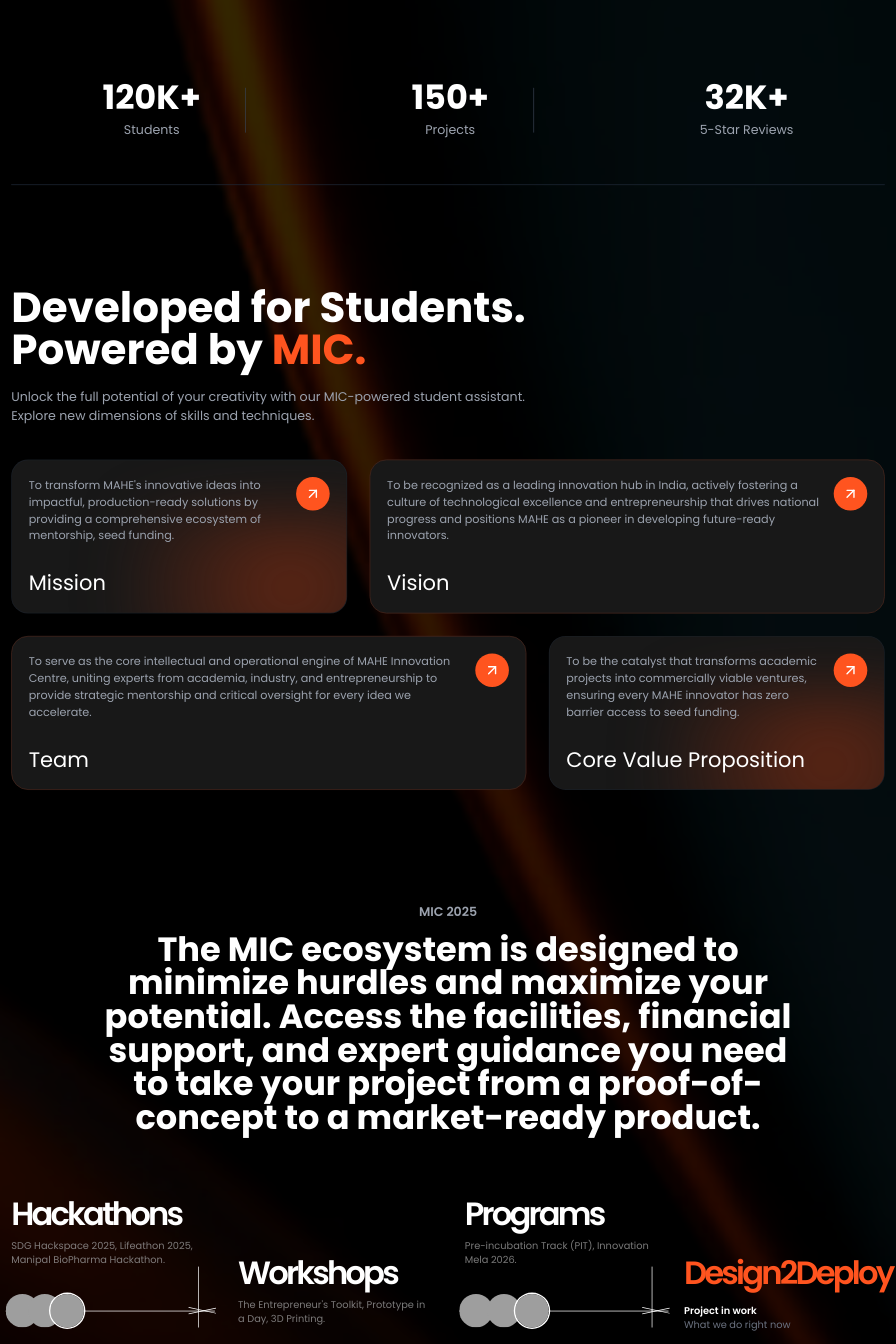
Repository: Sourish-19/Axiom
Page: /
The author's editor kept a copy of each file at every save. The page is drawn from the files as they stood at one save, then again after a run of saves.
The browser window is 1280 px wide. The pictures show the part of the page from y = 628 to 2548 px (the page is 5731 px tall), at 70% of full size.
Pictures or frames that could not be fetched are drawn as grey boxes. Some web libraries are served in a nearby version. The project was rebuilt for these pictures with package versions that can differ from the ones it lists, and the page was loaded fresh each time. Also part of the build but not shown: vite.config.ts, components/Modal.tsx, components/ContactForm.tsx, components/EventRegistrationForm.tsx.

Above is the page before, as saved 2025-10-02 15:51:41.

### index.html
<!DOCTYPE html>
<html lang="en" class="scroll-smooth">
  <head>
    <meta charset="UTF-8" />
    <link rel="icon" type="image/svg+xml" href="/vite.svg" />
    <meta name="viewport" content="width=device-width, initial-scale=1.0" />
    <title>Axiom</title>
    <script src="https://cdn.tailwindcss.com"></script>
    <style>
      @import url('https://fonts.googleapis.com/css2?family=Poppins:wght@400;500;600;700;800;900&display=swap');
      body {
        font-family: 'Poppins', sans-serif;
      }
    </style>
  <script type="importmap">
{
  "imports": {
    "react/": "https://aistudiocdn.com/react@^19.1.1/",
    "react": "https://aistudiocdn.com/react@^19.1.1",
    "react-dom/": "https://aistudiocdn.com/react-dom@^19.1.1/"
  }
}
</script>
</head>
  <body>
    <div id="root"></div>
    <script type="module" src="/index.tsx"></script>
  </body>
</html>

### App.tsx

import React, { useState } from 'react';
import Header from './components/Header';
import Hero from './components/Hero';
import Stats from './components/Stats';
import DevelopedForStudents from './components/DevelopedForStudents';
import MICSystem from './components/MICSystem';
import Launchpad from './components/Launchpad';
import FAQ from './components/FAQ';
import CTA from './components/CTA';
import Footer from './components/Footer';
import Modal from './components/Modal';
import ContactForm from './components/ContactForm';
import EventRegistrationForm from './components/EventRegistrationForm';

function App() {
  const [isContactModalOpen, setIsContactModalOpen] = useState(false);
  const [isEventModalOpen, setIsEventModalOpen] = useState(false);

  return (
    <div className="bg-black text-white overflow-hidden relative">
      {/* Background elements */}
      <div className="absolute inset-0 z-0 opacity-20" style={{ backgroundImage: `url(${'/axiom_bg2.jpg'})`, backgroundSize: 'cover' }}></div>
      {/* <img src='/axiom_bg2.png' alt="background glow top" className="absolute -top-1/2 -right-1/4 w-full h-auto z-0 opacity-50 mix-blend-screen" />
      <img src="https://i.imgur.com/9v1M618.png" alt="background wave bottom" className="absolute -bottom-1/3 left-0 w-full h-auto z-0 opacity-40 mix-blend-screen" /> */}


      <div className="relative z-10">
        <Header onContactClick={() => setIsContactModalOpen(true)} />
        <main>
          <Hero onEventClick={() => setIsEventModalOpen(true)} />
          <Stats />
          <DevelopedForStudents />
          <MICSystem onEventClick={() => setIsEventModalOpen(true)} />
          <Launchpad onContactClick={() => setIsContactModalOpen(true)} />
          <FAQ />
          <CTA onContactClick={() => setIsContactModalOpen(true)} />
        </main>
        <Footer onContactClick={() => setIsContactModalOpen(true)}/>
      </div>

      {isContactModalOpen && (
        <Modal isOpen={isContactModalOpen} onClose={() => setIsContactModalOpen(false)}>
          <ContactForm />
        </Modal>
      )}

      {isEventModalOpen && (
        <Modal isOpen={isEventModalOpen} onClose={() => setIsEventModalOpen(false)}>
          <EventRegistrationForm />
        </Modal>
      )}
    </div>
  );
}

export default App;

### components/Header.tsx

import React, { useState, useEffect } from 'react';

const navLinks = [
  { name: 'Home', href: '#home' },
  { name: 'About MIC', href: '#about' },
  { name: 'Events', href: '#events' },
  { name: 'Resources', href: '#resources' },
  { name: 'FAQs', href: '#faqs' },
];

interface HeaderProps {
  onContactClick: () => void;
}

const Header: React.FC<HeaderProps> = ({ onContactClick }) => {
  const [activeLink, setActiveLink] = useState('home');
  const [isScrolled, setIsScrolled] = useState(false);

  useEffect(() => {
    const handleScroll = () => {
      const sections = ['home', 'about', 'events', 'resources', 'faqs', 'contact'];
      const scrollPosition = window.scrollY + 100;

      let currentSection = 'home';
      for (const sectionId of sections) {
        const section = document.getElementById(sectionId);
        if (section && section.offsetTop <= scrollPosition) {
          currentSection = sectionId;
        }
      }

      // Map contact to faqs for nav link highlighting
      // const navSection = currentSection === 'contact' ? 'faqs' : currentSection;
      setActiveLink(currentSection);

      setIsScrolled(window.scrollY > 10);
    };

    window.addEventListener('scroll', handleScroll);

    return () => {
      window.removeEventListener('scroll', handleScroll);
    };
  }, []);

  return (
    <header className={`fixed top-0 left-0 right-0 z-50 transition-all duration-300 ${isScrolled ? 'bg-black/80 backdrop-blur-md  ' : 'bg-transparent'} py-6 px-4 md:px-8 lg:px-16 xl:px-32`}>
      <div className="container mx-auto flex justify-between items-center">
        <div className="flex items-center">
            <img src="/axiom_logo.png" alt="Axiom Logo" className="h-8 w-auto" />
        </div>
        <nav className="hidden lg:flex items-center space-x-8">
          {navLinks.map((link) => (
            <a
              key={link.name}
              href={link.href}
              className={`relative text-base text-gray-300 hover:text-white transition-colors ${activeLink === link.href.substring(1) ? 'text-white' : ''}`}
            >
              {link.name}
              {activeLink === link.href.substring(1) && (
                  <span className="absolute bottom-[-8px] left-0 w-full h-0.5 bg-[#FF541F] rounded-full"></span>
              )}
            </a>
          ))}
        </nav>
        <div className="flex items-center space-x-4">
          <button onClick={onContactClick} className="bg-gradient-to-r from-[#FF541F] to-[#FF8A65] text-white px-6 py-2 rounded-md font-semibold hover:opacity-90 transition-opacity">
            Contact us
          </button>
          <button className="lg:hidden text-white">
            <svg className="w-6 h-6" fill="none" stroke="currentColor" viewBox="0 0 24 24" xmlns="http://www.w3.org/2000/svg"><path strokeLinecap="round" strokeLinejoin="round" strokeWidth="2" d="M4 6h16M4 12h16m-7 6h7"></path></svg>
          </button>
        </div>
      </div>
    </header>
  );
};

export default Header;

### components/Hero.tsx
import React from 'react';
import { StarIcon } from './Icons';

interface HeroProps {
  onEventClick: () => void;
}

const Hero: React.FC<HeroProps> = ({ onEventClick }) => {
  return (
    <section
      id="home"
      className="py-20 md:py-32 px-4 relative"
    >
      <div className="container mx-auto text-center relative">
        <div className="flex justify-center items-center mb-6 bg-gray-900 bg-opacity-50 border border-gray-700 rounded-full px-4 py-2 w-fit mx-auto backdrop-blur-sm">
          <div className="flex -space-x-2 mr-3">
            <img className="inline-block h-8 w-8 rounded-full ring-2 ring-gray-800" src="https://picsum.photos/id/1027/50/50" alt="Peer 1" />
            <img className="inline-block h-8 w-8 rounded-full ring-2 ring-gray-800" src="https://picsum.photos/id/1011/50/50" alt="Peer 2" />
            <img className="inline-block h-8 w-8 rounded-full ring-2 ring-gray-800" src="https://picsum.photos/id/1012/50/50" alt="Peer 3" />
          </div>
          <div className="flex flex-col mr-3">
            <div className="flex">
                {[...Array(5)].map((_, i) => <StarIcon key={i} className="w-4 h-4" />)}
            </div>
            <span className="text-gray-300 text-xs mt-1">115+ happy peers</span>
          </div>
        </div>

        <h1 className="text-5xl md:text-7xl font-extrabold leading-tight">
          Automate <span className="text-[#FF541F]">Intelligence.</span>
          <br />
          Accelerate Growth.
        </h1>
        <p className="max-w-2xl mx-auto mt-6 text-lg text-gray-400">
          Our AI-powered SaaS platform empowers businesses to streamline operations, automate repetitive tasks, and make smarter, data-driven decisions—all from one intuitive dashboard.
        </p>
        <div className="mt-10 flex flex-col sm:flex-row justify-center items-center gap-4">
          <button onClick={onEventClick} className="bg-gradient-to-r from-[#FF541F] to-[#FF8A65] text-white px-8 py-3 rounded-md font-semibold text-lg hover:opacity-90 transition-opacity w-full sm:w-auto">
            Get Started
          </button>
          <a href="#" className="border border-gray-600 text-white px-8 py-3 rounded-md font-semibold text-lg hover:bg-gray-800 transition-colors w-full sm:w-auto">
            Get In Touch
          </a>
        </div>
      </div>
    </section>
  );
};

export default Hero;

### components/Stats.tsx

import React from 'react';

const stats = [
  { value: '120K+', label: 'Students' },
  { value: '150+', label: 'Projects' },
  { value: '32K+', label: '5-Star Reviews' },
];

const Stats = () => {
  return (
    <section className="py-16 px-4">
      <div className="container mx-auto">
        <div className="flex flex-col md:flex-row justify-around items-center text-center gap-10">
          {stats.map((stat, index) => (
            <div key={index} className="relative w-full md:w-auto">
              {index < stats.length - 1 && <div className="hidden md:block absolute top-1/2 right-0 transform -translate-y-1/2 h-16 w-px bg-gray-700 -mr-16"></div>}
              <p className="text-5xl font-bold text-white">{stat.value}</p>
              <p className="mt-2 text-lg text-gray-400">{stat.label}</p>
            </div>
          ))}
        </div>
        <div className="mt-16 border-t border-gray-800"></div>
      </div>
    </section>
  );
};

export default Stats;

### components/DevelopedForStudents.tsx
import React from 'react';
import { ArrowRightIcon } from './Icons';

interface CardProps {
  title: string;
  content: string;
  className?: string;
  hasGradient?: boolean;
}

const Card: React.FC<CardProps> = ({ title, content, className = '', hasGradient = false }) => {
  return (
    <div
      className={`bg-[#181818] h-[220px] border rounded-3xl group relative overflow-hidden ${className}`}
    >
      {hasGradient && (
        <div aria-hidden="true" className="absolute z-1 top-1/3 left-1/3 size-full bg-[radial-gradient(circle,_#602614_0%,_transparent_100%)] blur-2xl"></div>
      )}

      <div className='absolute z-2 top-0 bottom-0 left-0 right-0 p-6 flex flex-col justify-between'>
        <div className="flex justify-between items-start">
          <p className="text-gray-400 text-base pr-4">{content}</p>
          <div className="bg-[#FF541F] p-3 rounded-full text-white group-hover:rotate-45 transition-transform duration-300 flex-shrink-0">
            <ArrowRightIcon className="w-6 h-6 transform -rotate-45" />
          </div>
        </div>

        <div>
          <h3 className="text-3xl font-thin">{title}</h3>
        </div>
      </div>
    </div>
  );
};


const DevelopedForStudents = () => {
  return (
    <section id="about" className="py-20 px-4">
      <div className="container mx-auto">
        <div className="max-w-3xl mb-12">
          <h2 className="text-5xl md:text-6xl font-bold leading-tight">
            Developed for Students.
            <br />
            Powered by <span className="text-[#FF541F]">MIC.</span>
          </h2>
          <p className="mt-6 text-lg text-gray-400">
            Unlock the full potential of your creativity with our MIC-powered student assistant. Explore new dimensions of skills and techniques.
          </p>
        </div>

        <div className="grid grid-cols-1 md:grid-cols-5 gap-8">
          <Card
            className="md:col-span-2 border-gray-800/50"
            title="Mission"
            content="To transform MAHE's innovative ideas into impactful, production-ready solutions by providing a comprehensive ecosystem of mentorship, seed funding."
            hasGradient={true}
          />
          <Card
            className="md:col-span-3 border-[#49271d]"
            title="Vision"
            content="To be recognized as a leading innovation hub in India, actively fostering a culture of technological excellence and entrepreneurship that drives national progress and positions MAHE as a pioneer in developing future-ready innovators."
          />
          <Card
            className="md:col-span-3 border-[#49271d]"
            title="Team"
            content="To serve as the core intellectual and operational engine of MAHE Innovation Centre, uniting experts from academia, industry, and entrepreneurship to provide strategic mentorship and critical oversight for every idea we accelerate."
          />
          <Card
            className="md:col-span-2 border-gray-800/50"
            title="Core Value Proposition"
            content="To be the catalyst that transforms academic projects into commercially viable ventures, ensuring every MAHE innovator has zero barrier access to seed funding."
            hasGradient={true}
          />
        </div>
      </div>
    </section>
  );
};

export default DevelopedForStudents;

### components/CTA.tsx

import React from 'react';
import { ArrowRightIcon } from './Icons';

interface CTAProps {
    onContactClick: () => void;
}

const CTA: React.FC<CTAProps> = ({ onContactClick }) => {
    return (
        <section id="contact" className="py-20 px-4 flex justify-center">
            <div className="relative overflow-hidden bg-[#181818] border border-white/10 rounded-3xl text-center w-[1120px] h-[374.78px] p-8 md:p-12">

                {/* Background Grid */}
                <div className="absolute inset-0 bg-[linear-gradient(to_right,#80808012_1px,transparent_1px),linear-gradient(to_bottom,#80808012_1px,transparent_1px)] bg-[2rem_2rem] opacity-50"></div>

                {/* Background Gradient */}
                <div className="absolute inset-0 bg-[radial-gradient(ellipse_at_top_center,_rgba(255,84,31,0.3),_transparent_50%)]"></div>

                <div className="relative z-10 flex flex-col items-center justify-center h-full">
                    <h2 className="text-4xl md:text-5xl font-bold">
                        Ready to work with us?
                    </h2>
                    <p className="text-lg text-gray-300 mt-6 max-w-3xl mx-auto">
                        Have an innovative idea, a partnership proposal, or a question about the MAHE Innovation Centre?
                        Reach out to us today—we're ready to connect and help accelerate your journey.
                    </p>
                    <div className="mt-10">
                        <button
                            onClick={onContactClick}
                            className="bg-[#FF541F] text-white px-8 py-4 rounded-md font-semibold text-lg hover:bg-opacity-90 transition-all inline-flex items-center gap-2"
                        >
                            Join Us <ArrowRightIcon className="w-5 h-5" />
                        </button>
                    </div>
                </div>
            </div>
        </section>
    );
};

export default CTA;

### components/Footer.tsx

import React from 'react';
import { GitHubIcon, GlobeIcon } from './Icons';

interface FooterProps {
    onContactClick: () => void;
}

const Footer: React.FC<FooterProps> = ({ onContactClick }) => {
  return (
    <footer className="py-16 px-4 md:px-8 lg:px-16 xl:px-32 border-t border-gray-800">
      <div className="container mx-auto">
        <div className="grid grid-cols-1 md:grid-cols-12 gap-12">
          {/* About Us */}
          <div className="md:col-span-5 lg:col-span-6">
             <img src="/axiom_logo.png" alt="Axiom Logo" className="h-10 w-auto mb-4" />
            <p className="text-gray-400 max-w-md">
                The MAHE Innovation Centre (MIC) is the dedicated hub for fostering and accelerating technological and entrepreneurial spirit within the Manipal Academy of Higher Education (MAHE) ecosystem.
            </p>
          </div>

          {/* Useful Links */}
          <div className="md:col-span-3 lg:col-span-3">
            <h4 className="text-lg font-semibold mb-4 text-white">Useful Links</h4>
            <ul className="space-y-3">
              <li><a href="#home" className="text-gray-400 hover:text-white transition-colors">Home</a></li>
              <li><a href="#about" className="text-gray-400 hover:text-white transition-colors">About MIC</a></li>
              <li><a href="#events" className="text-gray-400 hover:text-white transition-colors">Events / Resources</a></li>
              <li><button onClick={onContactClick} className="text-gray-400 hover:text-white transition-colors text-left">Contact</button></li>
            </ul>
          </div>

          {/* Connect With Us */}
          <div className="md:col-span-4 lg:col-span-3">
            <h4 className="text-lg font-semibold mb-4 text-white">Connect With Us</h4>
            <ul className="space-y-3 text-gray-400">
                <li>BSF Campus, Yelahanka,</li>
                <li>Govindapura, Bengaluru,</li>
                <li>Karnataka 560064</li>
                <li className="pt-2"><a href="tel:+1233242653" className="hover:text-white transition-colors">+123 324 2653</a></li>
                <li><a href="mailto:username@mail.com" className="hover:text-white transition-colors">username@mail.com</a></li>
            </ul>
          </div>
        </div>
        <div className="mt-16 border-t border-gray-800 pt-8 flex flex-col sm:flex-row justify-between items-center text-gray-500">
            <p>© 2025 All Right Reserved.</p>
            <div className="flex space-x-4 mt-4 sm:mt-0">
                <a href="#" className="w-10 h-10 flex items-center justify-center bg-gray-800 rounded-full hover:bg-[#FF541F] text-gray-400 hover:text-white transition-colors"><GitHubIcon className="w-5 h-5" /></a>
                <a href="#" className="w-10 h-10 flex items-center justify-center bg-gray-800 rounded-full hover:bg-[#FF541F] text-gray-400 hover:text-white transition-colors"><GlobeIcon className="w-5 h-5" /></a>
            </div>
        </div>
      </div>
    </footer>
  );
};

export default Footer;

### components/Icons.tsx

import React from 'react';

// FIX: Changed component signature to use React.FC to correctly handle React-specific props like 'key'.
export const StarIcon: React.FC<{ className?: string }> = ({ className }) => (
  <svg className={className} width="16" height="15" viewBox="0 0 16 15" fill="none" xmlns="http://www.w3.org/2000/svg">
    <path d="M8 0L9.79611 5.52786H15.6085L10.9062 8.94427L12.7023 14.4721L8 11.0557L3.29772 14.4721L5.09383 8.94427L0.391548 5.52786H6.20389L8 0Z" fill="#ff541f"/>
  </svg>
);

// FIX: Changed component signature to use React.FC to correctly handle React-specific props like 'key'.
export const ArrowRightIcon: React.FC<{ className?: string }> = ({ className }) => (
  <svg className={className} width="24" height="24" viewBox="0 0 24 24" fill="none" xmlns="http://www.w3.org/2000/svg">
    <path d="M5 12H19" stroke="currentColor" strokeWidth="2" strokeLinecap="round" strokeLinejoin="round"/>
    <path d="M12 5L19 12L12 19" stroke="currentColor" strokeWidth="2" strokeLinecap="round" strokeLinejoin="round"/>
  </svg>
);

// FIX: Changed component signature to use React.FC to correctly handle React-specific props like 'key'.
export const ChevronDownIcon: React.FC<{ className?: string }> = ({ className }) => (
  <svg className={className} width="24" height="24" viewBox="0 0 24 24" fill="none" xmlns="http://www.w3.org/2000/svg">
    <path d="M6 9L12 15L18 9" stroke="currentColor" strokeWidth="2" strokeLinecap="round" strokeLinejoin="round"/>
  </svg>
);

// FIX: Changed component signature to use React.FC to correctly handle React-specific props like 'key'.
export const CheckCircleIcon: React.FC<{ className?: string }> = ({ className }) => (
    <svg className={className} width="20" height="20" viewBox="0 0 20 20" fill="none" xmlns="http://www.w3.org/2000/svg">
        <path d="M10 18.3333C14.6024 18.3333 18.3333 14.6024 18.3333 10C18.3333 5.39763 14.6024 1.66666 10 1.66666C5.39763 1.66666 1.66666 5.39763 1.66666 10C1.66666 14.6024 5.39763 18.3333 10 18.3333Z" stroke="currentColor" strokeWidth="1.5" strokeLinecap="round" strokeLinejoin="round"/>
        <path d="M7.5 10L9.16667 11.6667L12.5 8.33334" stroke="currentColor" strokeWidth="1.5" strokeLinecap="round" strokeLinejoin="round"/>
    </svg>
);

export const GitHubIcon: React.FC<{ className?: string }> = ({ className }) => (
  <svg className={className} viewBox="0 0 24 24" fill="currentColor" xmlns="http://www.w3.org/2000/svg">
    <path fillRule="evenodd" clipRule="evenodd" d="M12 2C6.477 2 2 6.477 2 12c0 4.418 2.865 8.168 6.839 9.492.5.092.682-.217.682-.482 0-.237-.009-.868-.014-1.703-2.782.605-3.369-1.343-3.369-1.343-.454-1.158-1.11-1.466-1.11-1.466-.908-.62.069-.608.069-.608 1.003.07 1.531 1.032 1.531 1.032.892 1.53 2.341 1.088 2.91.832.092-.647.35-1.088.636-1.338-2.22-.253-4.555-1.113-4.555-4.951 0-1.093.39-1.988 1.032-2.688-.103-.253-.446-1.272.098-2.65 0 0 .84-.27 2.75 1.026A9.564 9.564 0 0112 6.82c.85.004 1.705.115 2.504.337 1.909-1.296 2.747-1.027 2.747-1.027.546 1.378.203 2.398.1 2.65.64.7 1.03 1.595 1.03 2.688 0 3.848-2.338 4.695-4.566 4.943.359.309.678.92.678 1.855 0 1.338-.012 2.419-.012 2.747 0 .268.18.578.688.482A10.001 10.001 0 0022 12c0-5.523-4.477-10-10-10z"/>
  </svg>
);

export const GlobeIcon: React.FC<{ className?: string }> = ({ className }) => (
    <svg className={className} fill="none" stroke="currentColor" viewBox="0 0 24 24" xmlns="http://www.w3.org/2000/svg">
        <path strokeLinecap="round" strokeLinejoin="round" strokeWidth="2" d="M3.055 11H5a2 2 0 012 2v1a2 2 0 002 2h10a2 2 0 002-2v-1a2 2 0 012-2h1.945M7.735 4.055A9 9 0 1016.265 19.945M12 18a6 6 0 100-12 6 6 0 000 12z"></path>
    </svg>
);

export const XIcon: React.FC<{ className?: string }> = ({ className }) => (
    <svg className={className} fill="none" stroke="currentColor" viewBox="0 0 24 24" xmlns="http://www.w3.org/2000/svg">
        <path strokeLinecap="round" strokeLinejoin="round" strokeWidth="2" d="M6 18L18 6M6 6l12 12"></path>
    </svg>
);

Loaded but not shown: index.tsx (common file); components/MICSystem.tsx (128 lines, source omitted); components/Launchpad.tsx (132 lines, source omitted); components/FAQ.tsx (103 lines, source omitted)

After the next 2 saves:
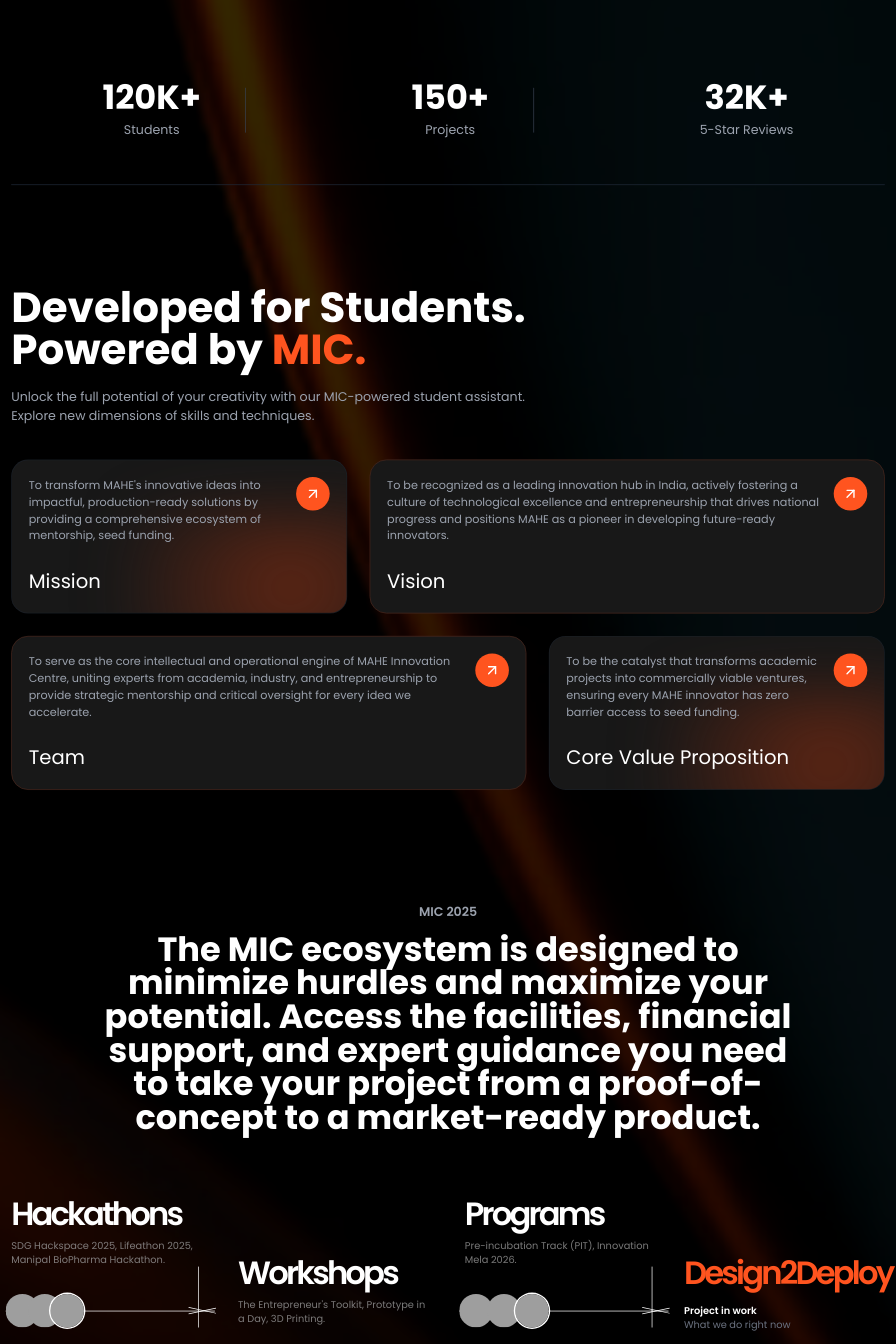
The 2 saves are shown as one change because they came seconds apart.
The last was saved 8 s later.
--- a/components/DevelopedForStudents.tsx
+++ b/components/DevelopedForStudents.tsx
@@ -26,7 +26,7 @@
         </div>
 
         <div>
-          <h3 className="text-3xl font-thin">{title}</h3>
+          <h3 className="text-[28px] font-thin">{title}</h3>
         </div>
       </div>
     </div>
